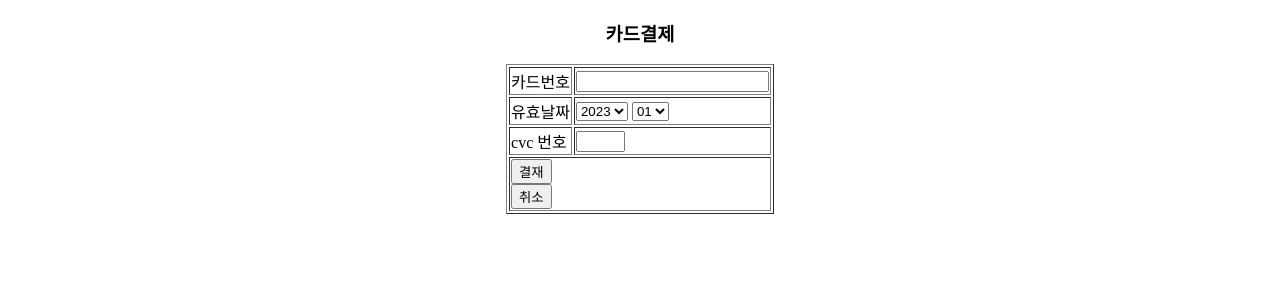
Repository: Juseong-Bang/jspWebProject
Page: http://localhost/FilmBooking/card.jsp
These files come from the project's save history. The page is drawn as it stood at one moment and after the next save; the edit follows.
The browser window is 1280 px wide. The pictures show the whole page.
The page is served by Tomcat 9.

Above is the page before, as saved 2017-12-02 08:50:40.

After the next save:
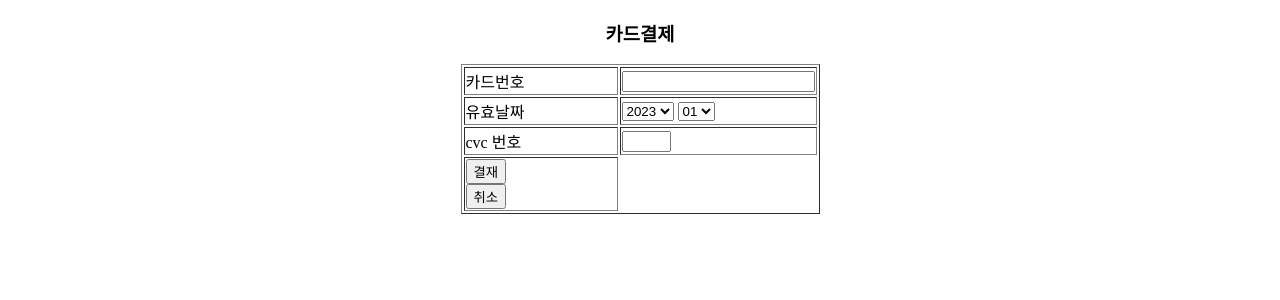
Saved 15 s later.
--- a/FilmBooking/WebContent/card.jsp
+++ b/FilmBooking/WebContent/card.jsp
@@ -44,9 +44,9 @@
 				<td><input type="password" size=3 name=cvc /></td>
 			</tr>
 			<tr>
-				<td colspan=2 width=150>
+				<td  width=150>
 					<form method="post" action="control.jsp">
-						<input type="submit" align="center" value="결재" /> <input type="hidden"
+						<input type="submit" value="결재" /> <input type="hidden"
 							name="action" value="resv" /> <input type="hidden" name="oper"
 							value="pay" /> <input type="hidden" name="rid"
 							value=<%=request.getAttribute("rid")%> />
